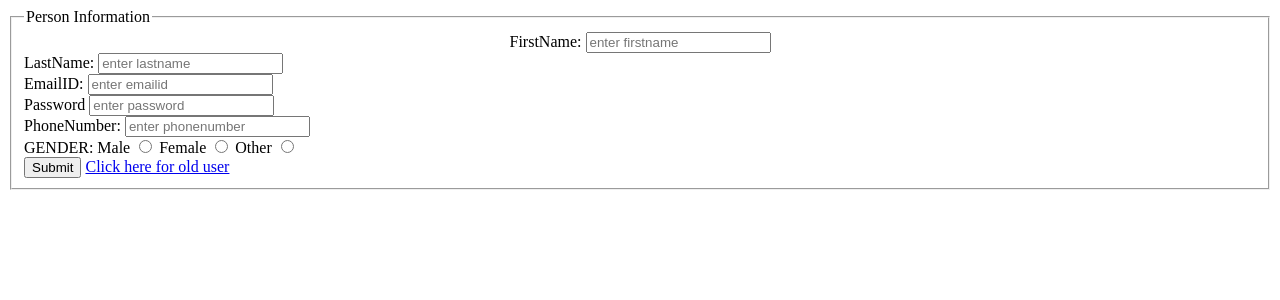
Repository: Tharungandhi/ServeltProject
Page: LginRegistrationApp/WebContent/registration.html
These files come from the project's save history. The page is drawn as it stood at one moment and after the next save; the edit follows.
The browser window is 1280 px wide. The pictures show the whole page.

Above is the page before, as saved 2019-01-22 09:44:20.

After the next save:
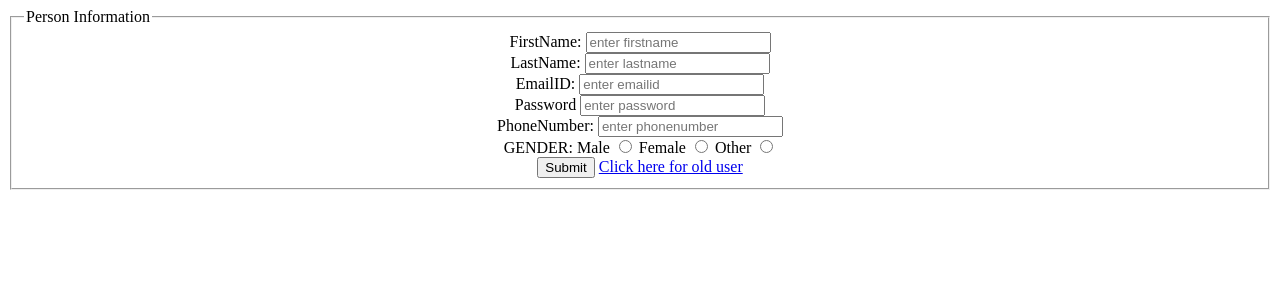
Saved 55 s later.
--- a/LginRegistrationApp/WebContent/registration.html
+++ b/LginRegistrationApp/WebContent/registration.html
@@ -9,8 +9,8 @@
 
 <fieldset>
 <legend>Person Information</legend>
+<center>
 <div>
-<center>
 <label>FirstName:</label>
 <input type="text" name="firstname"  placeholder="enter firstname" value="" required/> </div>
 <div>
@@ -37,7 +37,7 @@
 </div>
 <input type="submit" name="submit"/>
 <a href=login.html> Click here for old user </a>
-<center>
+</center>
 </fieldset>
 </form>
 </body>
